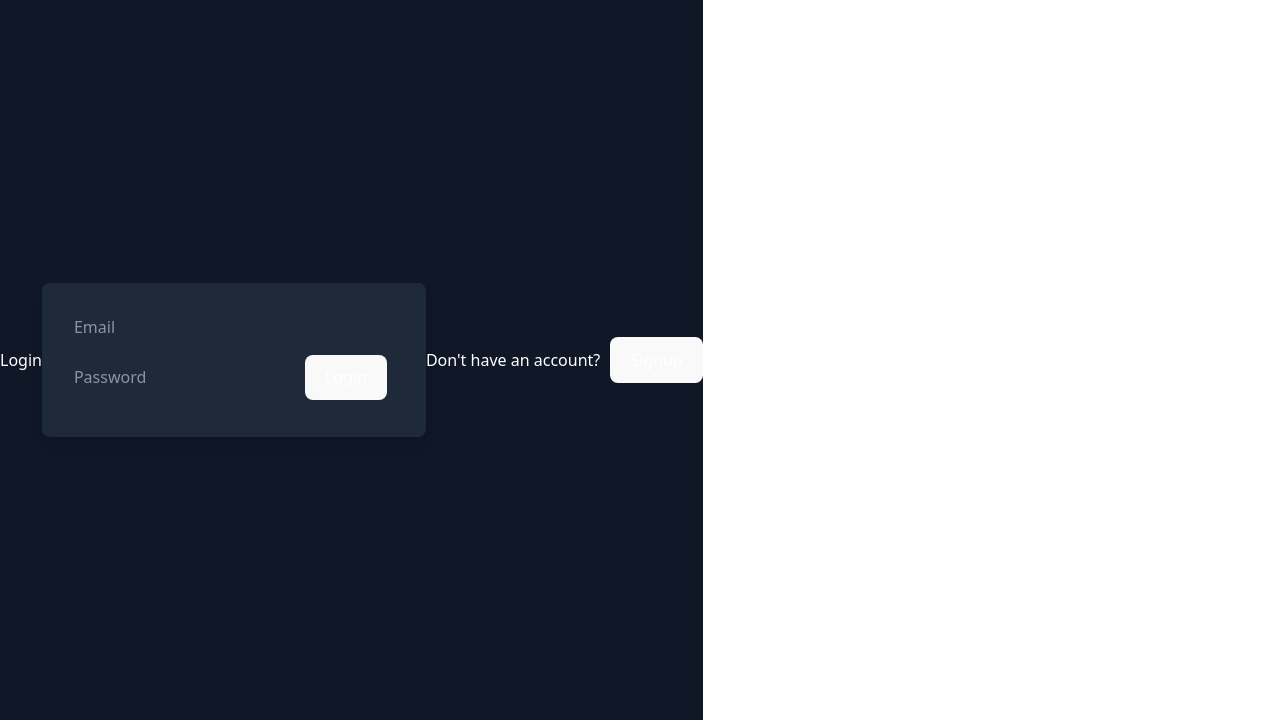
Repository: Reno-mathews/Study-Planner-MERN
Page: / (app in client/)
The author's editor kept a copy of each file at every save. The page is drawn from the files as they stood at one save, then again after the next save.
The browser window is 1280 px wide. The pictures show the whole page.
The project was rebuilt for these pictures with package versions that can differ from the ones it lists, and the page was loaded fresh each time. Also part of the build but not shown: client/vite.config.js.

Above is the page before, as saved 2026-01-16 10:01:47.

### client/src/App.jsx
import { useEffect, useState } from "react";

function App() {
  const [tasks, setTasks] = useState([]);
  const [newTask, setNewTask] = useState("");
  const [subject, setSubject] = useState("");
  const [filterSubject, setFilterSubject] = useState("All");

  const getToken = () => localStorage.getItem("token");
  const setToken = (token) => localStorage.setItem("token", token);
  const removeToken = () => localStorage.removeItem("token");

  const [email, setEmail] = useState("");
  const [password, setPassword] = useState("");
  const [isLoggedIn, setIsLoggedIn] = useState(!!localStorage.getItem("token"));

  const[isSignup, setIsSignup] = useState(false);

  useEffect(() => {
    if(isLoggedIn) {
    fetchTasks();
    }
  }, [isLoggedIn]);

  const fetchTasks = async () => {
    const token = localStorage.getItem("token");
    const res = await fetch("http://localhost:5000/api/tasks", {
      headers: {
        Authorization: `Bearer ${token}`,
      },
    });
    const data = await res.json();
    setTasks(data);
  };

  const addTask = async (e) => {
    e.preventDefault();

    if(!newTask || !subject) return;

    const token = localStorage.getItem("token");

    const res = await fetch("http://localhost:5000/api/tasks", {
      method: "POST",
      headers: {
        "Content-Type": "application/json",
        Authorization: `Bearer ${token}`,
      },
      body: JSON.stringify({ title: newTask, subject}),
    });

    const data = await res.json();
    setTasks([...tasks, data]);
    setNewTask("");
    setSubject("");
  };

    const toggleComplete = async (id) => {
      const token = localStorage.getItem("token");

      const res = await fetch(`http://localhost:5000/api/tasks/${id}`, {
        method:"PATCH",
        headers: {
          Authorization: `Bearer ${token}`,
        },
      });

      const updatedTask = await res.json();

      setTasks(
        tasks.map((task) =>
        task._id === id ? updatedTask : task
      )
      );
    };

    const deleteTask = async (id) => {
      const token = localStorage.getItem("token");
      await fetch(`http://localhost:5000/api/tasks/${id}`, {
        method: "DELETE",
        headers: {
          Authorization: `Bearer ${token}`,
        },
      });

      setTasks(tasks.filter((task) => task._id !== id));
    };

    const subjects = ["All", ...new Set(tasks.map((task) => task.subject))];

    const filteredTasks = tasks.filter((task) =>
    filterSubject === "All" ? true: task.subject === filterSubject
  );

      const login = async (e) => {
      e.preventDefault();
      const res = await fetch("http://localhost:5000/api/auth/login", {
        method: "POST",
        headers: {
          "Content-Type": "application/json",
        },
        body: JSON.stringify({ email, password }),
      });

      const data = await res.json();

      if(data.token) {
        localStorage.setItem("token", data.token);
        setIsLoggedIn(true);
        fetchTasks();
      } else {
        alert("Login failed");
      }
    };

    const signup = async (e) => {
      e.preventDefault();

      const res = await fetch("http://localhost:5000/api/auth/register", {
        method: "POST",
        headers: {
          "Content-Type" : "application/json",
        },
        body: JSON.stringify({ email, password }),
      });

      const data = await res.json();

      if (res.ok) {
        alert("Signup successful! You can now log in.");
        setIsSignup(false);
      } else {
        alert(data.message || "Signup failed");
      }
    };

  const completedCount = filteredTasks.filter((task) => task.completed).length;
  const totalCount = filteredTasks.length;

  const progress = totalCount === 0 ? 0 : Math.round((completedCount / totalCount) * 100);

    if (!isLoggedIn) {
      return (
        <div className="min-h-screen flex items-center justify-center bg-gray-900 text-white">
          <h2>{isSignup ? "Signup" : "Login" }</h2>

          <form
          onSubmit={isSignup ? signup : login}
          className="bg-gray-800 p-8 rounded-lg shadow-lg w-96 space-y-4"
          >
            <input
              className=""
              type="email"
              placeholder="Email"
              value={email}
              onChange={(e) => setEmail(e.target.value)}
            />

            <input
              type="password"
              placeholder="Password"
              value={password}
              onChange={(e) => setPassword(e.target.value)}
            />

            <button type="submit">
              {isSignup ? "Signup" : "Login"}
            </button>
          </form>

          <p>
            {isSignup ? "Already have an account?" : " Don't have an account?"}
            <button
              onClick={() => setIsSignup(!isSignup)}
              style={{ marginLeft: "10px" }}
            >
              {isSignup ? "Login" : "Signup"}
            </button>
          </p>
        </div>
      );
    }

  return (
    <div>
      <h1>My Study Planner</h1>

      <select
        value={filterSubject}
        onChange={(e) => setFilterSubject(e.target.value)}
      >
        {subjects.map((subj, index) => (
          <option key={index} value={subj}>
            {subj}
          </option>
        ))}
      </select>

      <div style={{ margin: "20px 0"}}>
        <p>Progress: {progress}%</p>
        <div style={{ width: "100%", background: "#ddd", height: "20px", borderRadius: "10px"}}>
          <div
            style={{
                width: `${progress}%`,
                background: "green",
                height: "100%",
                borderRadius: "10px",
                transition: "width 0.3s ease",
            }}
        ></div>
        </div>
      </div>

      <form onSubmit={addTask}>
        <input
          type="text"
          placeholder="Enter task"
          value={newTask}
          onChange={(e) => setNewTask(e.target.value)}
        />

        <input
          type="text"
          placeholder="Enter subject"
          value={subject}
          onChange={(e) => setSubject(e.target.value)}
        />

        <button type="submit">Add</button>
      </form>

      <button onClick={() => {
        localStorage.removeItem("token");
        setIsLoggedIn(false);
      }}>
        Logout
      </button>

      {filteredTasks
        .filter((task) =>
          filterSubject === "All" ? true: task.subject === filterSubject
      )
      .map((task) =>(
        <div key={task._id}>
          <span
            style={{
              textDecoration: task.completed ? "line-through" : "none",
            }}
            >
            {task.title} - <strong>{task.subject}</strong>
            </span>

            <button onClick={() => toggleComplete(task._id)}>
              {task.completed ? "Undo" : "Complete"}
            </button>

            <button onClick={() => deleteTask(task._id)}>
              Delete
            </button>
        </div>
      ))}
    </div>
  );
}

export default App;

Loaded but not shown: client/index.html (common file); client/src/main.jsx (common file); client/src/index.css (common file)

After the next save:
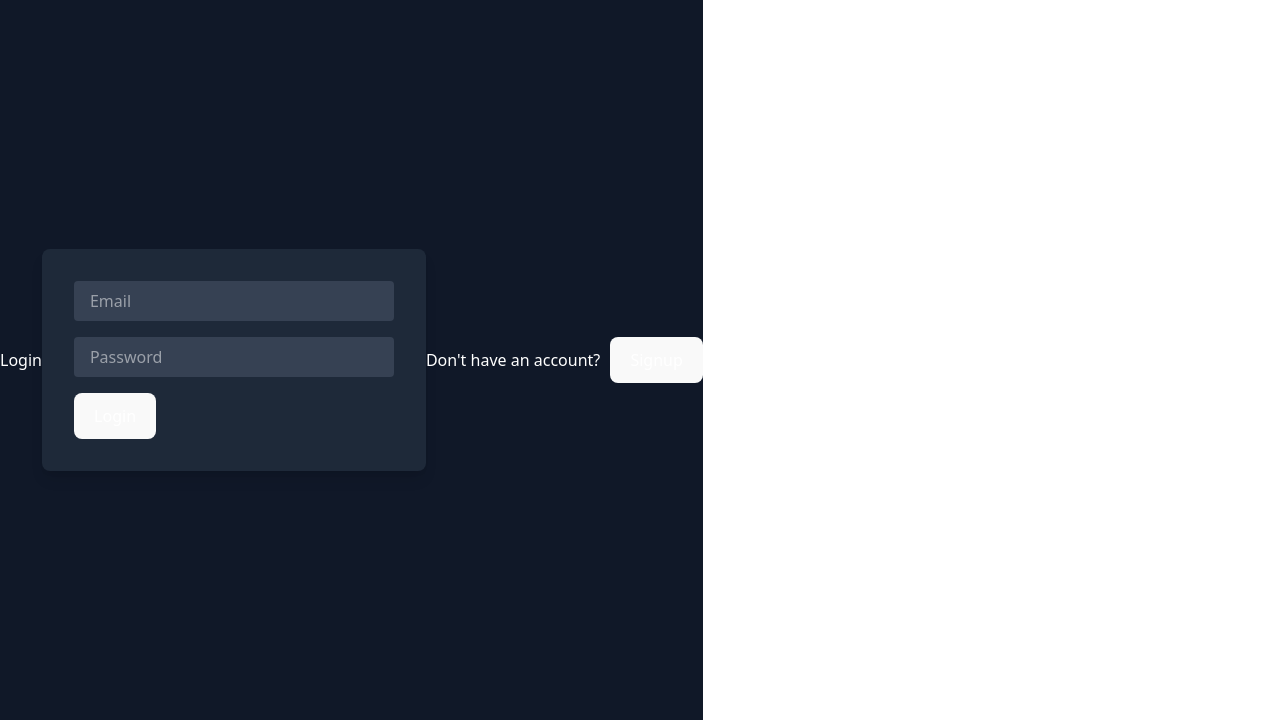
Saved 113 min 14 s later.
--- a/client/src/App.jsx
+++ b/client/src/App.jsx
@@ -149,7 +149,7 @@ function App() {
           className="bg-gray-800 p-8 rounded-lg shadow-lg w-96 space-y-4"
           >
             <input
-              className=""
+              className="w-full px-4 py-2 rounded bg-gray-700 focus:outline-none focus:ring-2 focus:ring-blue-500"
               type="email"
               placeholder="Email"
               value={email}
@@ -157,6 +157,7 @@ function App() {
             />
 
             <input
+            className="w-full px-4 py-2 rounded bg-gray-700 focus:outline-none focus:ring-2 focus:ring-blue-500"
               type="password"
               placeholder="Password"
               value={password}
